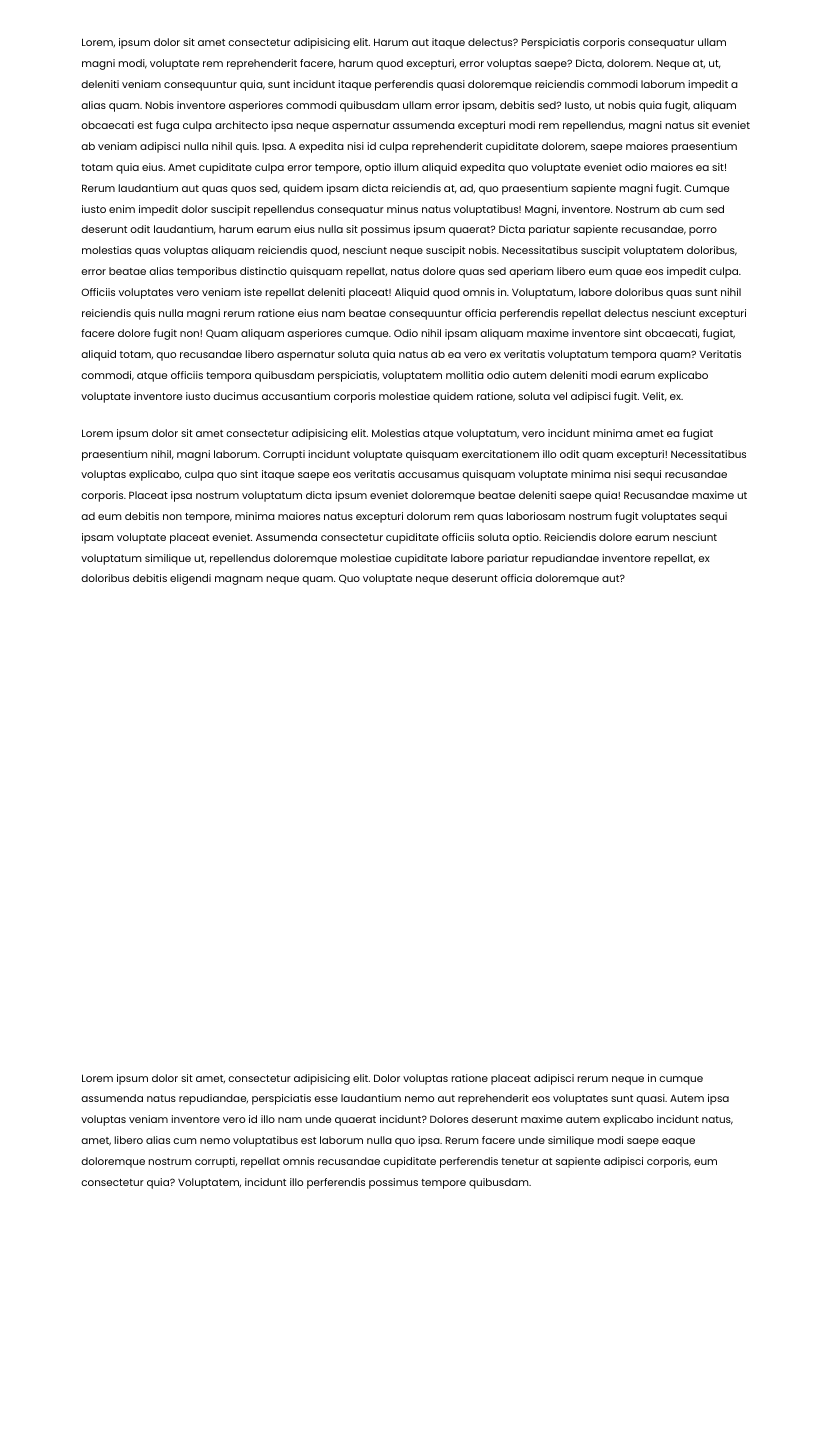
Repository: thuan711/All-about-JS
Page: animate-scroll.html
The author's editor kept a copy of each file at every save. The page is drawn from the files as they stood at one save, then again after the next save.
The browser window is 1280 px wide. The pictures show the whole page, at 65% of full size.

Above is the page before, as saved 2022-12-31 00:40:38.
Console error: TypeError: Cannot read properties of null (reading 'addEventListener')

After the next save:
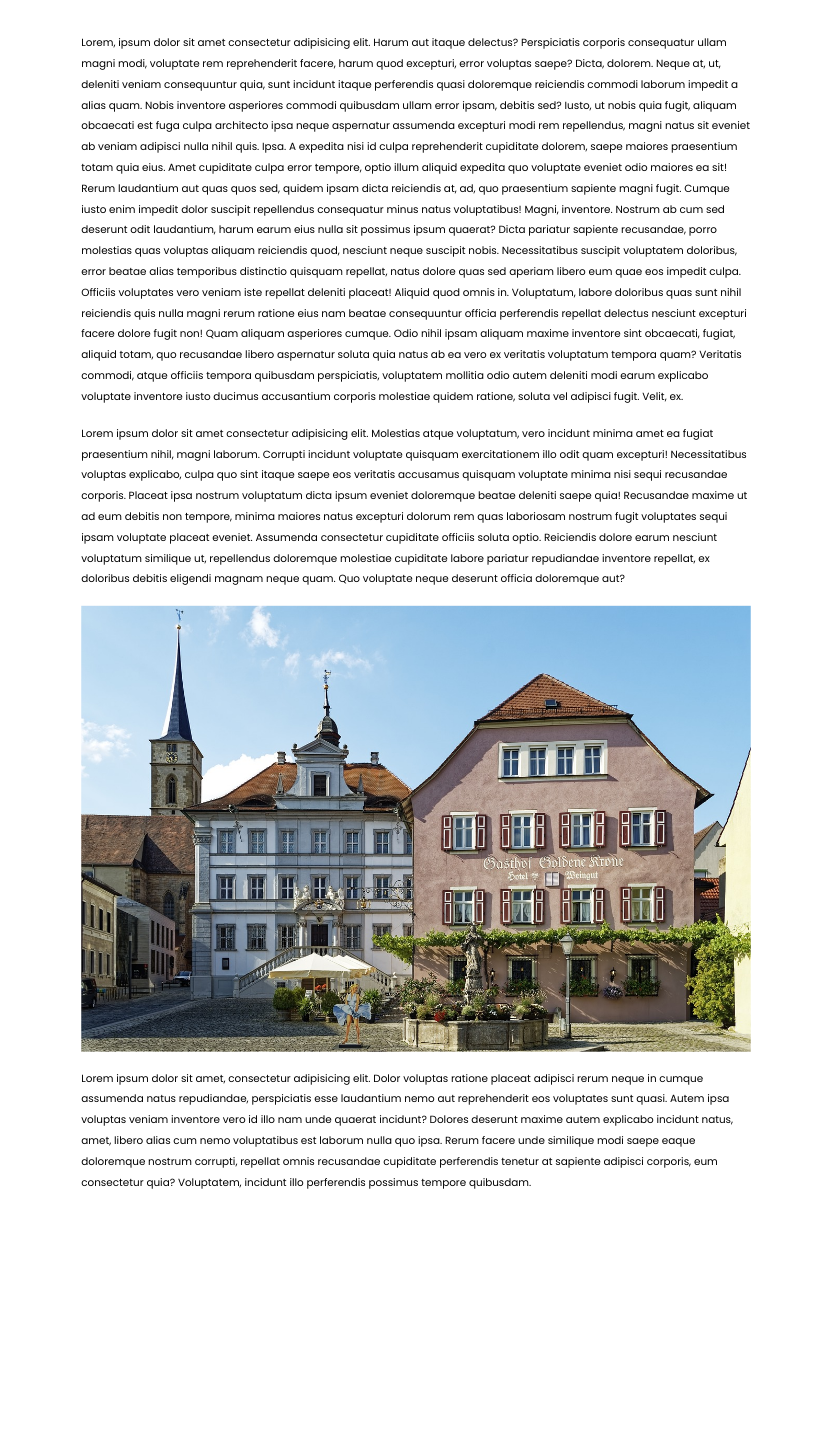
The error is gone.
Saved 5 min 23 s later.
--- a/animate-scroll.html
+++ b/animate-scroll.html
@@ -155,6 +155,6 @@
       />
     </div>
 
-    <script src="./starter.js"></script>
+    <script src="event/animate-srcoll.js"></script>
   </body>
 </html>
